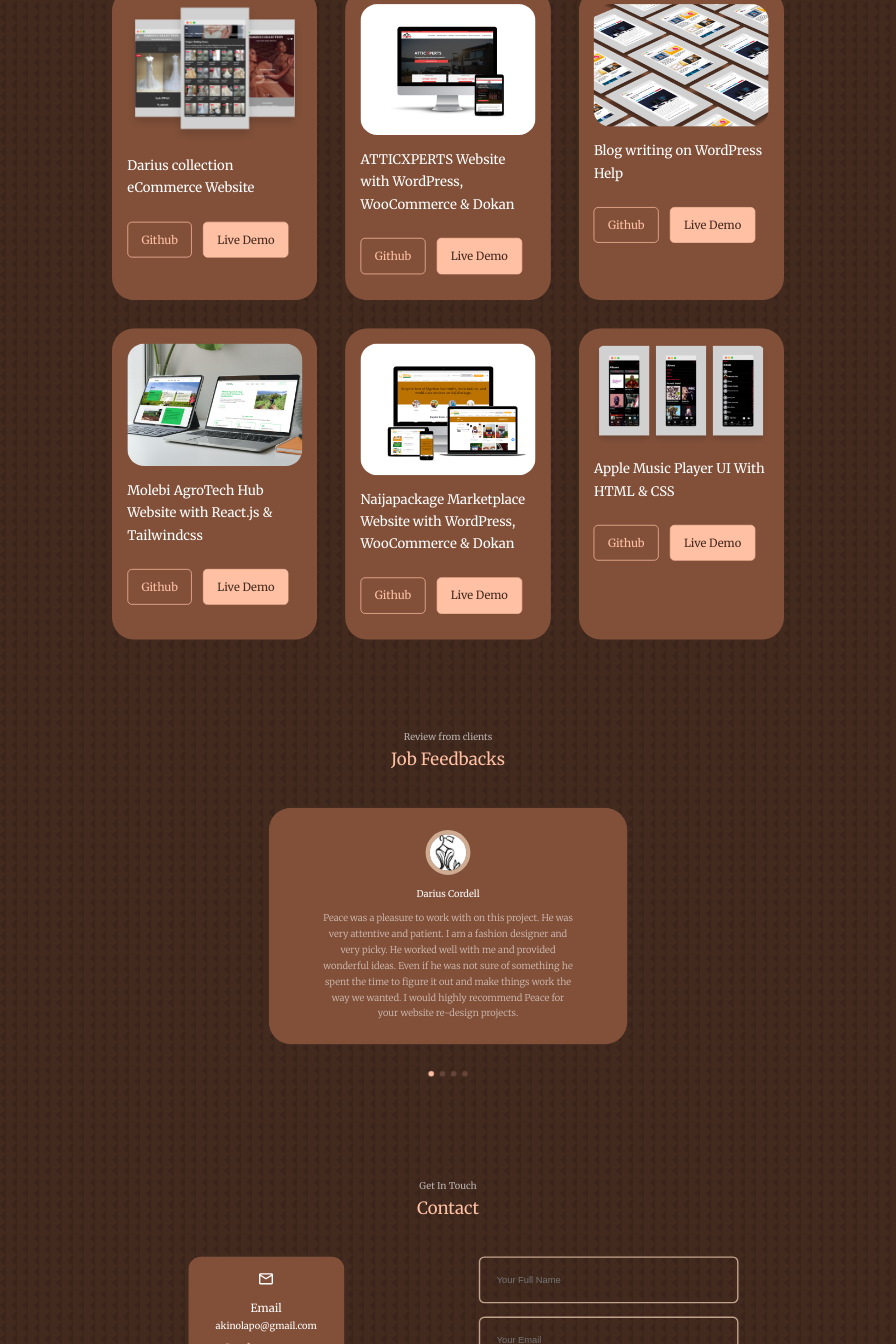
Repository: akinolapo/akinolapo-react
Page: /
The author's editor kept a copy of each file at every save. The page is drawn from the files as they stood at one save, then again after a run of saves.
The browser window is 1280 px wide. The pictures show the part of the page from y = 3647 to 5567 px (the page is 6538 px tall before and 6515 px after), at 70% of full size.
The project was rebuilt for these pictures with package versions that can differ from the ones it lists, and the page was loaded fresh each time.

Above is the page before, as saved 2023-06-12 16:16:50.

### public/index.html
<!DOCTYPE html>
<html lang="en">

<head>
    <meta charset="UTF-8">
    <meta http-equiv="X-UA-Compatible" content="IE=edge">
    <meta name="viewport" content="width=device-width, initial-scale=1.0">
    <meta
      name="description"
      content="I am a Front-end Developer who has worked for several companies. I have developed websites for small businesses, large companies and individuals."
    />
    <meta name="p:domain_verify" content="1e6b47b5f0d710033c44561e0f1e8f04"/>
    <link rel="apple-touch-icon" sizes="180x180" href="%PUBLIC_URL%/assets/apple-touch-icon.png">
    <link rel="icon" type="image/png" sizes="32x32" href="%PUBLIC_URL%/assets/favicon-32x32.png">
    <link rel="icon" type="image/png" sizes="16x16" href="%PUBLIC_URL%/assets/favicon-16x16.png">
    <link rel="manifest" href="%PUBLIC_URL%/assets/site.webmanifest">
    <link rel="mask-icon" href="%PUBLIC_URL%/assets/safari-pinned-tab.svg" color="#5bbad5">
    <meta name="msapplication-TileColor" content="#da532c">
    <meta name="theme-color" content="#ffffff">
    <title>Peace Akinola || Frontend Developer || IT Support Specialist</title>
</head>

<body>
    <div id="root"></div>
</body>

</html>

### src/App.jsx
import React from 'react'
import Header from './components/header/header'
import Nav from './components/nav/nav'
import About from './components/about/about'
import Experience from './components/experience/experience'
import Services from './components/services/services'
import Portfolio from './components/portfolio/portfolio'
import Review from './components/review/review'
import Contact from './components/contact/contact'
import Footer from './components/footer/footer'

const App = () => {
  return (
    <>
    <Header/>
    <Nav/>
    <About/>
    <Experience/>
    <Services/>
    <Portfolio/>
    <Review/>
    <Contact/>
    <Footer/>
    </>
  )
}

export default App

### src/components/header/header.jsx
import React from 'react'
import './header.css'
import CTA from './CTA'
// import ME from '../../assets/me.png'
import HeaderSocials from './headersocials'

const header = () => {
  return (
    <header>
      <div className="container header__container">
        <h5>Hello I'm</h5>
        <h1>Peace Akinola</h1>
        <h5 className="text-light">Frontend Developer</h5>
        <CTA/>
        <HeaderSocials/>

        <div className="me">
          <img src={process.env.PUBLIC_URL+`assets/me.png`} alt='me'></img>
        </div>

        <a href='#contact' className='scroll__down'>Scroll Down</a>
      </div>
    </header>
  )
}

export default header

### src/components/nav/nav.jsx
import React from 'react'
import './nav.css'
import {AiOutlineHome, AiOutlineUser, AiOutlineBook, AiOutlineMessage} from 'react-icons/ai'
import {RiServiceLine} from 'react-icons/ri'
import {BiBriefcase} from 'react-icons/bi'
import { useState } from 'react'

const Nav = () => {
  const [activeNav, setActiveNav] = useState('#')
  return (
    <nav>
      <a href='#' onClick={() => setActiveNav('#')} className={activeNav === '#' ? 'active' : ''}><AiOutlineHome/></a>
      <a href='#about' onClick={() => setActiveNav('#about')}  className={activeNav === '#about' ? 'active' : ''}><AiOutlineUser/></a>
      <a href='#experience' onClick={() => setActiveNav('#experience')}  className={activeNav === '#experience' ? 'active' : ''}><AiOutlineBook/></a>
      <a href='#services' onClick={() => setActiveNav('#services')}  className={activeNav === '#services' ? 'active' : ''}><RiServiceLine/></a>
      <a href='#portfolio' onClick={() => setActiveNav('#portfolio')}  className={activeNav === '#portfolio' ? 'active' : ''}><BiBriefcase/></a>
      <a href='#contact' onClick={() => setActiveNav('#contact')}  className={activeNav === '#contact' ? 'active' : ''}><AiOutlineMessage/></a>
    </nav>
  )
}

export default Nav

### src/components/portfolio/portfolio.jsx
import React from 'react'
import './portfolio.css'

// DATA ARRAY FOR PORTFOLIO DATA

const data =[
  {
  id: 1,
  image: process.env.PUBLIC_URL+`assets/portfolio1.png`,
  title: 'Peighton pryor raisey website',
  github: 'https://github.com/akinolapo',
  demo: 'https://p8on.net'
},
{
  id: 2,
  image: process.env.PUBLIC_URL+`assets/portfolio2.png`,
  title: 'Darius collection eCommerce Website',
  github: 'https://github.com/akinolapo',
  demo: 'https://www.dariuscordell.com'
},
{
  id: 3,
  image: process.env.PUBLIC_URL+`assets/portfolio3.png`,
  title: 'Blog App with React | GraphQL, NextJS, TailwindCSS',
  github: 'https://github.com/akinolapo/usefulhandles_blog',
  demo: 'https://wordpressvee.vercel.app'
},
{
  id: 4,
  image: process.env.PUBLIC_URL+`assets/portfolio4.png`,
  title: 'Blog writing on WordPress Help',
  github: 'https://github.com/akinolapo',
  demo: 'https://www.bookwebmaster.com'
},
{
  id: 5,
  image: process.env.PUBLIC_URL+`assets/portfolio5.png`,
  title: 'Weather Web App with JavaScript',
  github: 'https://github.com/akinolapo/cityWeatherApp',
  demo: 'https://weatherappforcities.netlify.app'
},
{
  id: 6,
  image: process.env.PUBLIC_URL+`assets/portfolio6.png`,
  title: 'Apple Music Player UI With HTML & CSS',
  github: 'https://github.com/akinolapo/ios-music-player',
  demo: 'https://ios-music-player.netlify.app/'
},
{
  id: 7,
  image: process.env.PUBLIC_URL+`assets/portfolio7.jpg`,
  title: 'Molebi AgroTech Hub Website with React.js & Tailwindcss',
  github: 'https://github.com/akinolapo/agric-tech',
  demo: 'https://molebi-agrotech-hub.pages.dev'
},
{
  id: 8,
  image: process.env.PUBLIC_URL+`assets/portfolio8.jpg`,
  title: 'Naijapackage Marketplace Website with WordPress, WooCommerce & Dokan',
  github: 'https://github.com/akinolapo',
  demo: 'https://www.naijapackage.com'
},
{
  id: 9,
  image: process.env.PUBLIC_URL+`assets/portfolio9.jpg`,
  title: 'ATTICXPERTS Website with WordPress, WooCommerce & Dokan',
  github: 'https://github.com/akinolapo',
  demo: 'https://www.naijapackage.com'
}

];

const shuffleArray = (array) => {
  const newArray = [...array];
  for (let i = newArray.length - 1; i > 0; i--) {
    const j = Math.floor(Math.random() * (i + 1));
    [newArray[i], newArray[j]] = [newArray[j], newArray[i]];
  }
  return newArray;
};

const portfolio = () => {
  const shuffledData = shuffleArray(data);
  return (
    <section id='portfolio'>
      <h5>My Recent Work</h5>
      <h2>Portfolio</h2>

      <div className="container portfolio__container">
       {
         shuffledData.map(({id, image, title, github, demo})=>{
           return (
            <article key={id} className='portfolio__item'>
            <div className="portfolio__item-image">
              <img src={image} alt={title}></img>
            </div>
            <h3>{title}</h3>
            <div className="portfolio__item-cta">
            <a href={github} rel="noreferrer" target='_blank' className='btn'>Github</a>
            <a href={demo} rel="noreferrer" target='_blank' className='btn btn btn-primary'>Live Demo</a>
            </div>
          </article>
           )
         })
       }
      </div>
    </section>
  )
}

export default portfolio

### src/components/footer/footer.jsx
import React from 'react'
import './footer.css'
import {FaFacebookF} from 'react-icons/fa'
import {FiInstagram} from 'react-icons/fi'
import {IoLogoTwitter} from 'react-icons/io'
import {FaPinterestP} from 'react-icons/fa'

const footer = () => {
  return (
    <footer>
        <a href='#' className='footer__logo'>Akinolapo</a>

        <ul className='permalinks'>
            <li><a href='#'>Home</a></li>
            <li><a href='#about'>About</a></li>
            <li><a href='#experience'>Experience</a></li>
            <li><a href='#services'>Services</a></li>
            <li><a href='#portfolio'>Portfolio</a></li>
            <li><a href='#review'>Reviews</a></li>
            <li><a href='#contact'>Contact</a></li>
        </ul>

        <div className="footer__socials">
        <a href='https://facebook.com/akinolapo.wp' target= "_blank" rel="noreferrer"><FaFacebookF/></a>
        <a href='https://instagram.com/akinolapo' target= "_blank" rel="noreferrer"><FiInstagram/></a>
        <a href='https://twitter.com/poakinola' target= "_blank" rel="noreferrer"><IoLogoTwitter/></a>
        <a href='https://www.pinterest.com/akinolapo' target= "_blank" rel="noreferrer"><FaPinterestP/></a>
        </div>

        <div className="footer__copyright">
            <small>&copy; Akinolapo. All rights reserved.</small>
        </div>
    </footer>
  )
}

export default footer

### src/components/header/CTA.jsx
import React from 'react'
// import Resume from '../../assets/cv.pdf'

const CTA = () => {
  return (
    <div className='cta'>
        <a href= {process.env.PUBLIC_URL+`assets/cv.pdf`} download className='btn'>Download CV</a>
        <a href='#contact' className='btn btn-primary'>Let's Talk</a>
    </div>
  )
}

export default CTA

### src/components/header/headersocials.jsx
import React from 'react'
import {BsLinkedin} from 'react-icons/bs'
import {FaGithubAlt} from 'react-icons/fa'
import {FiDribbble} from 'react-icons/fi'

const headersocials = () => {
  return (
    <div className='header__socials'>
      <a href='https://www.linkedin.com/in/akinolapo' target= "new"><BsLinkedin/></a>
      <a href='https://github.com/akinolapo' target= "new"><FaGithubAlt/></a>
      <a href='https://twitter.com/poakinola' target= "new"><FiDribbble/></a>
    </div>
  )
}

export default headersocials

### src/components/nav/nav.css
nav{
    background: rgba(0,0,0,0.3);
    width: max-content;
    display: block;
    padding: 0.7rem 1.7rem;
    z-index: 2;
    position: fixed;
    left: 50%;
    transform: translate(-50%);
    bottom: 2rem;
    display: flex;
    gap: 0.8 rem;
    border-radius: 3rem;
    backdrop-filter: blur(15px);
}

nav a{
    background: transparent;
    padding: 0.8rem;
    border-radius: 50%;
    display: flex;
    color: var(--color-light);
    font-size: 1.1rem;
}

nav a:hover{
    background: rgab(0, 0, 0, 0.3);
}

nav a.active{
    background: var(--color-primary);
    color: var(--color-bg);
}

### src/components/experience/experience.css
.experience__container{
    display: grid;
    grid-template-columns: 1fr 1fr;
    gap: 2rem;
}

.experience__container > div {
    background: var(--color-bg-variant);
    padding: 2.4rem 5rem;
    border-radius: 2rem;
    border: 1px solid transparent;
    transition: var(--transition);
}

.experience__container > div:hover{
    border-color: var(--color-primary);
    background: transparent;
    color: var(--color-primary-variant);
    cursor: default;
}

.experience__container > div h3{
    text-align: center;
    margin-bottom: 2rem;
    color: var(--color-primary);
}

.experience__content{
    display: grid;
    grid-template-columns: 1fr 1fr;
    row-gap: 2rem;
}

.experience__details{
    display: flex;
    gap: 1rem;
}

.experience__details-icon{
    margin-top: 6px;
    color: var(--color-primary);
}

/*======================== MEDIA QUERIES (TABLET DEVICES) ========================*/
@media screen and (max-width: 1024px) {
    .experience__container{
        grid-template-columns: 1fr;
    }
    .experience__container >div {
        width: 80%;
        padding: 2rem;
        margin: 0 auto;
    }
    .experience__content{
        padding: 1rem;
    }

}

/*======================== MEDIA QUERIES (MOBILE DEVICES) ========================*/
@media screen and (max-width: 600px) {
  .experience__container{
      gap: 1rem;
  }

  .experience__container > div{
      width: 100%;
      padding: 2rem 1rem;
  }
}

### src/components/services/services.css
.services__container{
    display: grid;
    grid-template-columns: repeat(3, 1fr);
    gap: 3rem;
}

.service{
    background: var(--color-bg-variant);
    border-radius: 0 0 2rem 2rem;
    border:  1px solid var(--color-primary);
    height: fit-content;
    transition: var(--transition);
}

.service:hover{
    background: transparent;
    border-color: var(--color-primary-variant);
    cursor: default;
}

.service__head{
    background: var(--color-primary);
    padding: 2rem;
    border-radius: 0 0 2rem 2rem;
    box-shadow: 0 2rem 1rem rgba(0, 0, 0, 0.1);
}

.service__head h3{
    color: var(--color-bg);
    text-align: center;
}

.service__list{
    padding: 2rem;
}

.service__list li{
    display: flex;
    gap: 1rem;
    margin-bottom: 0.8rem;
}

.service__list-icon{
    color: var(--color-primary);
    margin-top: 2px;
}

.service__list p{
    font-size: 0.9rem;
}


/*======================== MEDIA QUERIES (TABLET DEVICES) ========================*/
@media screen and (max-width: 1024px) {
    .services__container{
        grid-template-columns: 1fr 1fr;
        gap: 2rem;
    }

    .service{
        height: auto;
    }
  }


/*======================== MEDIA QUERIES (MOBILE DEVICES) ========================*/
@media screen and (max-width: 600px) {
    .services__container{
        grid-template-columns: 1fr;
        gap: 1.5rem;
    }
  }

### src/components/portfolio/portfolio.css
.portfolio__container{
    display: grid;
    grid-template-columns: repeat(3, 1fr);
    gap: 2.5rem;
}

.portfolio__item{
    background: var(--color-bg-variant);
    padding: 1.3rem;
    border-radius: 2rem;
    border: 1px solid transparent;
    transition: var(--transition);
}

.portfolio__item:hover{
    border-color: var(--color-primary-variant);
    background: transparent;
}

.portfolio__item-image{
    border-radius: 1.5rem;
    overflow: hidden;
}

.portfolio__item h3{
    margin: 1.2rem 0 2rem;
}

.portfolio__item-cta{
    display: flex;
    gap: 1rem;
    margin-bottom: 1rem;
}

/*======================== MEDIA QUERIES (TABLET DEVICES) ========================*/
@media screen and (max-width: 1024px) {
    .portfolio__container{
        grid-template-columns: 1fr 1fr;
        gap: 1.2rem;
    }
  }


/*======================== MEDIA QUERIES (MOBILE DEVICES) ========================*/
@media screen and (max-width: 600px) {
    .portfolio__container{
        grid-template-columns: 1fr;
        gap: 1rem;
    }
  }

### src/components/review/review.css
.container.review__container{
    width: 40%;
    padding-bottom: 4rem;
}

.client__avatar{
    width: 4rem;
    aspect-ratio: 1/1;
    overflow: hidden;
    border-radius: 50%;
    margin: 0 auto 1rem;
    border: 0.4rem solid var(--color-primary-variant);
}

.review{
    background: var(--color-bg-variant);
    text-align: center;
    padding: 2rem;
    border-radius: 2rem;
    user-select: none;
}

.client__review{
    color: var(--color-light);
    font-weight: 300;
    display: block;
    width: 80%;
    margin: 0.8rem auto 0;
}

.swiper-pagination-clickable .swiper-pagination-bullet{
    background: var(--color-primary);
}

/*======================== MEDIA QUERIES (TABLET DEVICES) ========================*/
@media screen and (max-width: 1024px) {
    .container.review__container{
       width: 60%;
   }
}

/*======================== MEDIA QUERIES (MOBILE DEVICES) ========================*/
@media screen and (max-width: 600px) {
    .container.review__container{
        width: var(--container-width-sm);
    }

    .client__review{
        width: var(--container-width-sm);
    }
}

### src/components/contact/contact.css
.container.contact__container{
    width: 58%;
    display: grid;
    grid-template-columns: 30% 50%;
    gap: 12rem;
}

.contact__options{
    display: flex;
    flex-direction: column;
    gap: 1.2rem;
}

.contact__option{
    background: var(--color-bg-variant);
    padding: 1.2rem;
    border-radius: 1.2rem;
    text-align: center;
    border: 1px solid transparent;
    transition: var(--transition);
}

.contact__option:hover {
    background: transparent;
    border-color: var(--color-primary-variant);
}

.contact__option-icon{
    font-size: 1.5rem;
    margin-bottom: 0.5rem;
}

.contact__option a{
    margin-top: .5rem;
    display: inline-block;
}

/*********************** FORM ***********************/
form{
    display: flex;
    flex-direction: column;
    gap: 1.2rem;
}

input, textarea{
    width: 100%;
    padding: 1.5rem;
    border-radius: 0.5rem;
    background: transparent;
    border: 2px solid var(--color-primary-variant);
    resize: none;
    color: var(--color-white);
}

/*======================== MEDIA QUERIES (TABLET DEVICES) ========================*/
@media screen and (max-width: 1024px) {
    .container.contact__container{
        grid-template-columns: 1fr;
        gap: 2rem;
    }
  }


/*======================== MEDIA QUERIES (MOBILE DEVICES) ========================*/
@media screen and (max-width: 600px) {
   .container.contact__container{
       grid-template-columns: 1fr;
       width: var(--container-width-sm);
   }
  }

### src/components/footer/footer.css
footer{
    background: var(--color-primary);
    padding: 3rem 0;
    text-align: center;
    font-size: .9rem;
    margin-top: 7rem;
}

footer a{
    color: var(--color-bg);
}

.footer__logo{
    font-size: 2rem;
    font-weight: 500;
    margin-bottom: 2rem;
    display: inline-block;
}

.permalinks{
    display: flex;
    flex-wrap: wrap;
    justify-content: center;
    gap: 2rem;
    margin: 0 auto 3rem;
    transition: var(--transition);
}

.footer__socials{
    display: flex;
    justify-content: center;
    gap: 1rem;
    margin-bottom: 4rem;
}

.footer__socials a{
    background: var(--color-bg);
    color: var(--color-white);
    padding: 0.8rem;
    border-radius: 0.7rem;
    display: flex;
    border: 1px solid transparent;
    transition: var(--transition);
}

.footer__socials a:hover{
    background: transparent;
    color: var(--color-bg);
    border-color: var(--color-bg);
}

.footer__copyright{
    margin-bottom: 4rem;
    color: var(--color-bg);
}

/*======================== MEDIA QUERIES (MOBILE DEVICES) ========================*/
@media screen and (max-width: 600px) {
    .permalinks{
        flex-direction: column;
        gap: 1.5rem;
    }

    .footer__socials{
        margin-bottom: 2.6rem;
    }
   }

Loaded but not shown: src/index.js (5 lines, source omitted); src/components/experience/experience.jsx (122 lines, source omitted); src/components/services/services.jsx (110 lines, source omitted); src/components/review/review.jsx (70 lines, source omitted); src/index.css (138 lines, source omitted); src/components/contact/contact.jsx (59 lines, source omitted); src/components/about/about.css (111 lines, source omitted); src/components/about/about.jsx (51 lines, source omitted); src/components/header/header.css (78 lines, source omitted)

After the next 2 saves:
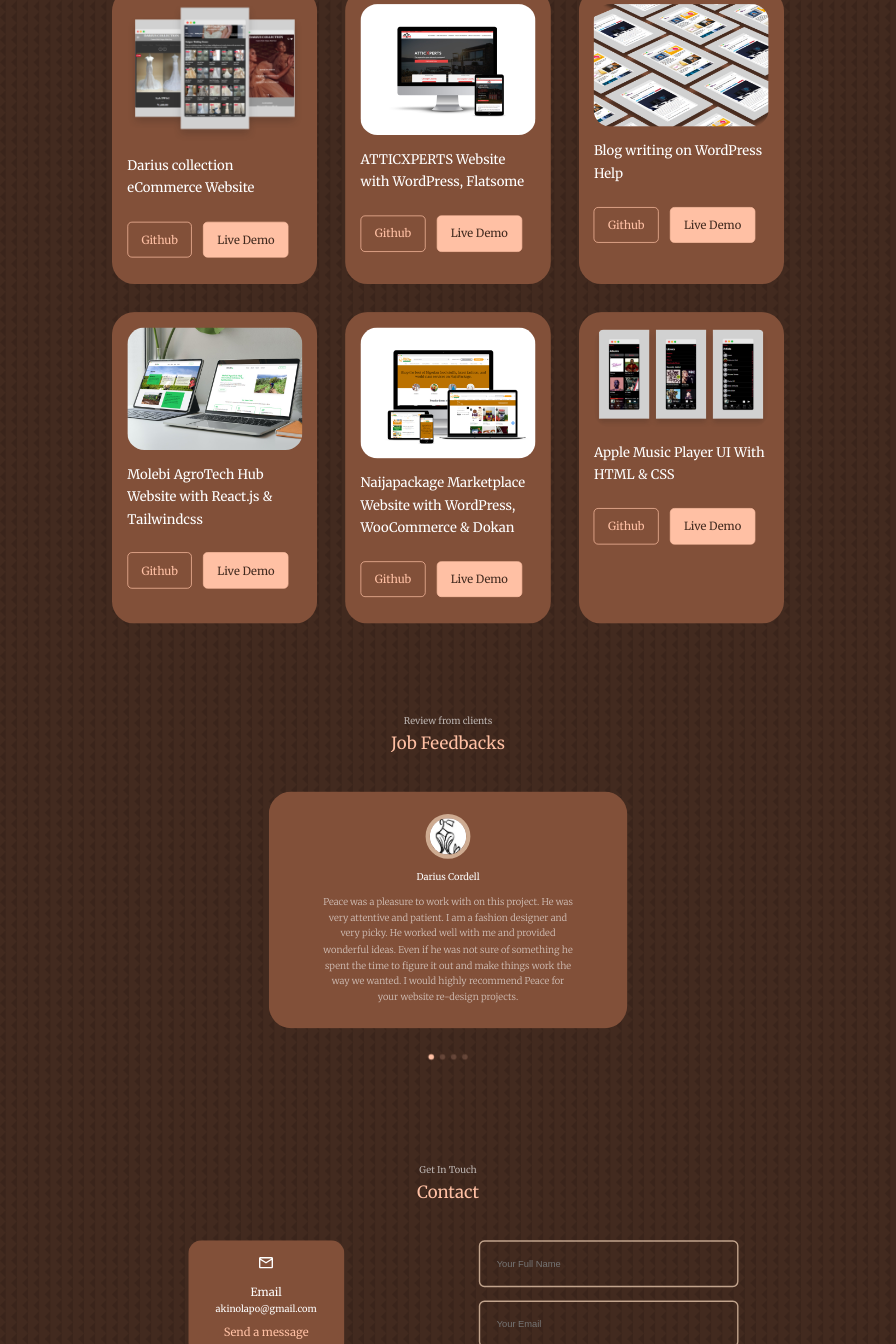
The 2 saves are shown as one change because they came seconds apart.
The last was saved 11 s later.
--- a/src/components/portfolio/portfolio.jsx
+++ b/src/components/portfolio/portfolio.jsx
@@ -63,7 +63,7 @@
 {
   id: 9,
   image: process.env.PUBLIC_URL+`assets/portfolio9.jpg`,
-  title: 'ATTICXPERTS Website with WordPress, WooCommerce & Dokan',
+  title: 'ATTICXPERTS Website with WordPress, Flatsome ',
   github: 'https://github.com/akinolapo',
   demo: 'https://www.naijapackage.com'
 }

After the save that followed:
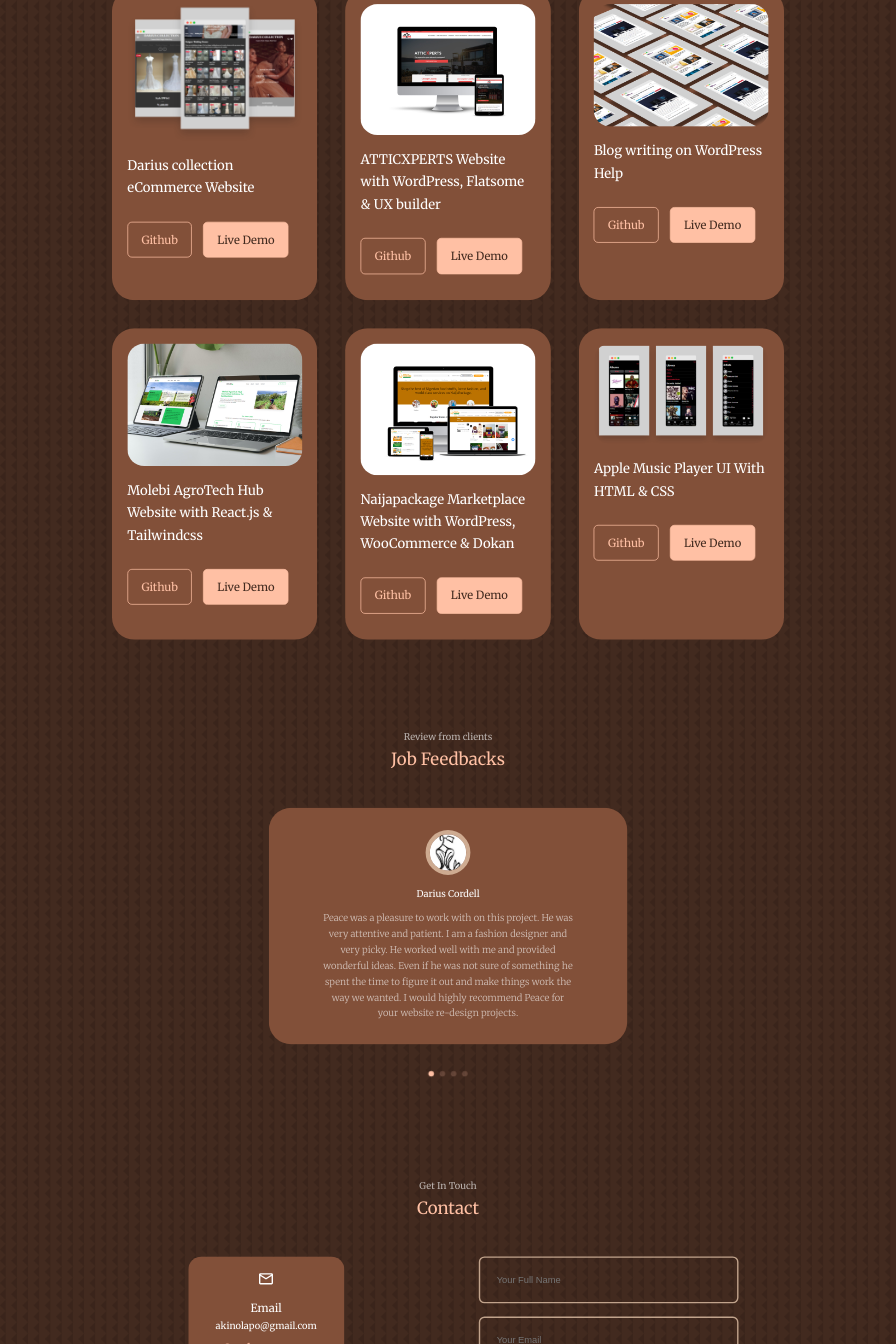
Saved 7 s later.
--- a/src/components/portfolio/portfolio.jsx
+++ b/src/components/portfolio/portfolio.jsx
@@ -63,7 +63,7 @@
 {
   id: 9,
   image: process.env.PUBLIC_URL+`assets/portfolio9.jpg`,
-  title: 'ATTICXPERTS Website with WordPress, Flatsome ',
+  title: 'ATTICXPERTS Website with WordPress, Flatsome & UX builder',
   github: 'https://github.com/akinolapo',
   demo: 'https://www.naijapackage.com'
 }
